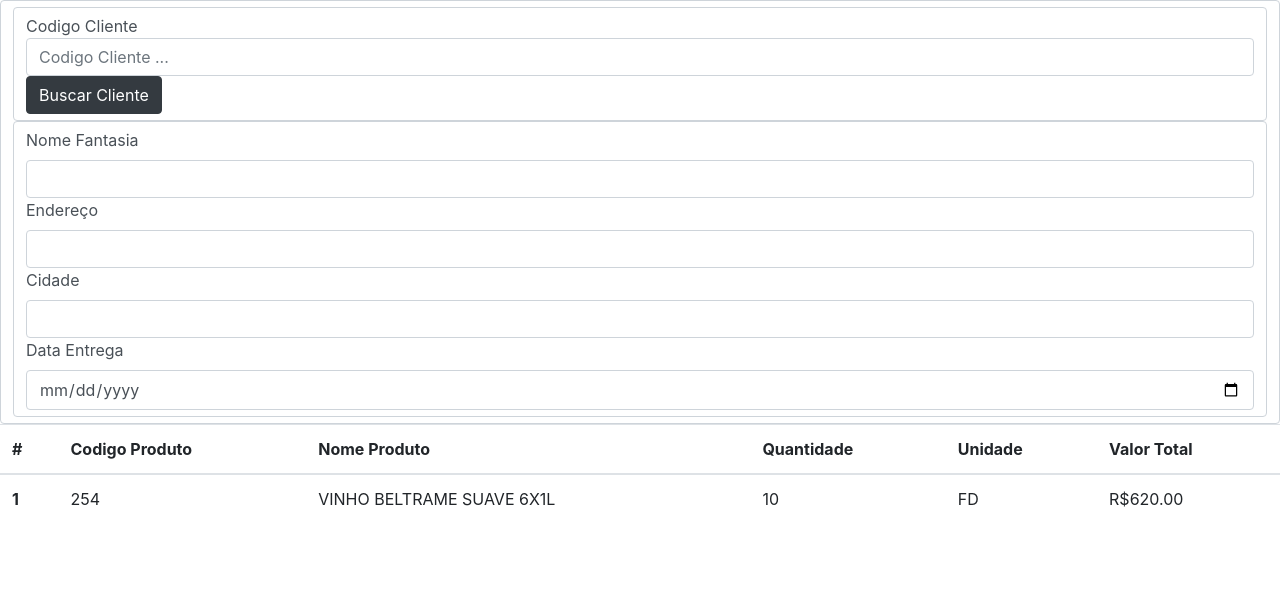
Repository: RobertoAntunes35/controle-estoque
Page: backend/templates/paginaGeracaoPedidos.html
These files come from the project's save history. The page is drawn as it stood at one moment and after the next save; the edit follows.
The browser window is 1280 px wide. The pictures show the whole page.
Some web libraries are served in a nearby version. The template is drawn by Flask 3. The application's start-up code is not run. Other server files are loaded and not shown. The template is opened directly, without the code that normally fills it, so the values that code supplies are empty.

Above is the page before, as saved 2023-06-06 10:42:59.

### backend/templates/paginaGeracaoPedidos.html
{% extends "index.html" %}

{% block title %} Geração Pedidos {% endblock %}

{% block content %}
<div class="content-geracao-pedido">
        <form action="">
            <div class="data-clientes form-control">
                <div class="buscar form-control">
                    <label class="form-check-label" for="">Codigo Cliente</label>
                    <input class="form-control" type="text" name="codigoCliente" id="codigoCliente" placeholder="Codigo Cliente ...">
                    <a href="#" class="btn btn-dark">Buscar Cliente</a>
                </div>

                <div class="datas-cliente form-control">
                    <label for="">Nome Fantasia</label>
                    <input class="form-control" type="text" name="nomeFantasia" id="nomeFantasia">

                    <label for="">Endereço</label>
                    <input class="form-control" type="text" name="enderecoCliente" id="enderecoCliente">

                    <label for="">Cidade</label>
                    <input class="form-control" type="text" name="cidadeCliente" id="cidadeCliente">

                    <label for="">Data Entrega</label>
                    <input class="form-control" type="date" name="dataEntrega" id="dataEntrega">
                </div>
            </div>
            <div class="produtos">
                <table class="table">
                    <thead>
                        <tr>
                            <th scope="col">#</th>
                            <th scope="col">Codigo Produto</th>
                            <th scope="col">Nome Produto</th>
                            <th scope="col">Quantidade</th>
                            <th scope="col">Unidade</th>
                            <th scope="col">Valor Total</th>
                        </tr>
                    </thead>

                    <tbody>
                        <tr>
                            <th scope="row">1</th>
                            <td>254</td>
                            <td>VINHO BELTRAME SUAVE 6X1L</td>
                            <td>10</td>
                            <td>FD</td>
                            <td>R$620.00</td>
                        </tr>
                    </tbody>

                </table>
            </div>

        </form>
    </div>

{% endblock %}

### backend/templates/index.html
<!DOCTYPE html>
<html lang="en">

{% block head %}
<head>
    <meta charset="UTF-8">
    <meta http-equiv="X-UA-Compatible" content="IE=edge">
    <meta name="viewport" content="width=device-width, initial-scale=1.0">
    <title>{% block title %} {% endblock %}</title>

    <script src="https://ajax.googleapis.com/ajax/libs/jquery/3.5.1/jquery.min.js"></script>
    <!-- CSS INTERNO -->
    <link rel="stylesheet" href="{{ url_for('static', filename='css/globalStyle.css') }}">

    <!-- FONTE -->

    <!-- BOOTSTRAP -->
    <link rel="stylesheet" href="https://maxcdn.bootstrapcdn.com/bootstrap/4.0.0/css/bootstrap.min.css">
    <script src="https://maxcdn.bootstrapcdn.com/bootstrap/4.0.0/js/bootstrap.min.js"></script>
    <script src="https://cdnjs.cloudflare.com/ajax/libs/popper.js/1.12.9/umd/popper.min.js"></script>

    <!-- SCRIPT INTERNO -->
    <script src="{{ url_for('static' , filename='js/script.js') }}"></script>

    <!-- SCRIPTS AUXILIARES -->

</head>
{% endblock %}

<body>
   <div class="content">
    {% block content %} {% endblock %}
    </div>

</body>
</html>

### backend/static/css/globalStyle.css
* {
    margin: 0 auto;
    padding: 0;
    box-sizing: border-box;
}

.div-formulario {
    border: 1px solid;
}

.container {
    display: flex;
    justify-content: left;
    align-items: center;
    width: 100vw;
    height: 100vh;

    /* border: 1px solid; */
}

.search-product{
    /* border: 1px solid; */
}
.values-find{
    /* border: 1px solid; */
}

.choices-values{
    /* border: 1px solid; */
}

### backend/static/js/script.js

$(document).ready(function() {
    $('#btnBuscar').click(function(event) {
        event.preventDefault();

        var inputValue = $('#codigo').val();
        console.log(inputValue);

    $.ajax({
        url: '/busca_produtos',
        type: 'POST',
        data: {codigoProduto: inputValue},
        success: function(date) {
            $('#descricao').val(date.updatedValue.descricao)
            $('#codigoFornecedor').val(date.updatedValue.codigoFornecedor)
            $('#unidade').val(date.updatedValue.unidade)
        }
    });
    });
});


function verificarEnter(event) {
    if(event.keyCode === 13) {
        event.preventDefault();

        var botao = document.getElementById("btnBuscar")
        botao.click();
    }
}

After the next save:
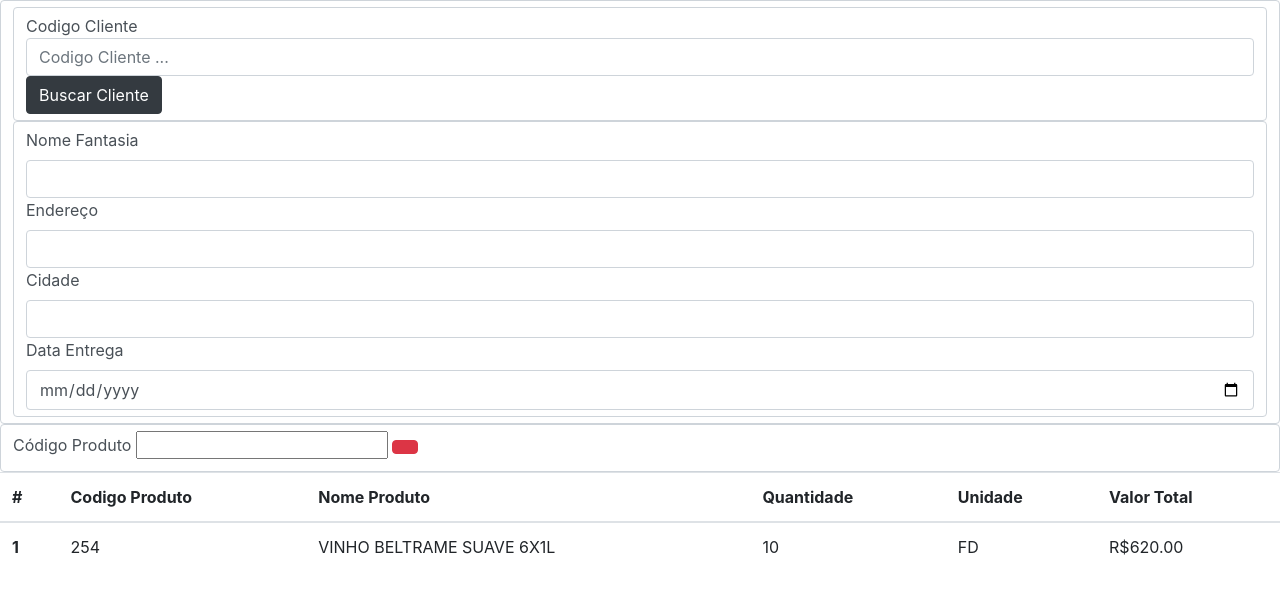
Saved 91 s later.
--- a/backend/templates/paginaGeracaoPedidos.html
+++ b/backend/templates/paginaGeracaoPedidos.html
@@ -27,6 +27,12 @@
                 </div>
             </div>
             <div class="produtos">
+                <div class="busca-produtos form-control">
+                    <label for="">Código Produto</label>
+                    <input type="text" name="codigoProduto" id="codigoProduto">
+                    <button class="btn btn-danger" id="btnBuscaProduto" name="btnBuscaProduto"></button>
+                </div>
+
                 <table class="table">
                     <thead>
                         <tr>
@@ -51,6 +57,7 @@
                     </tbody>
 
                 </table>
+
             </div>
 
         </form>
